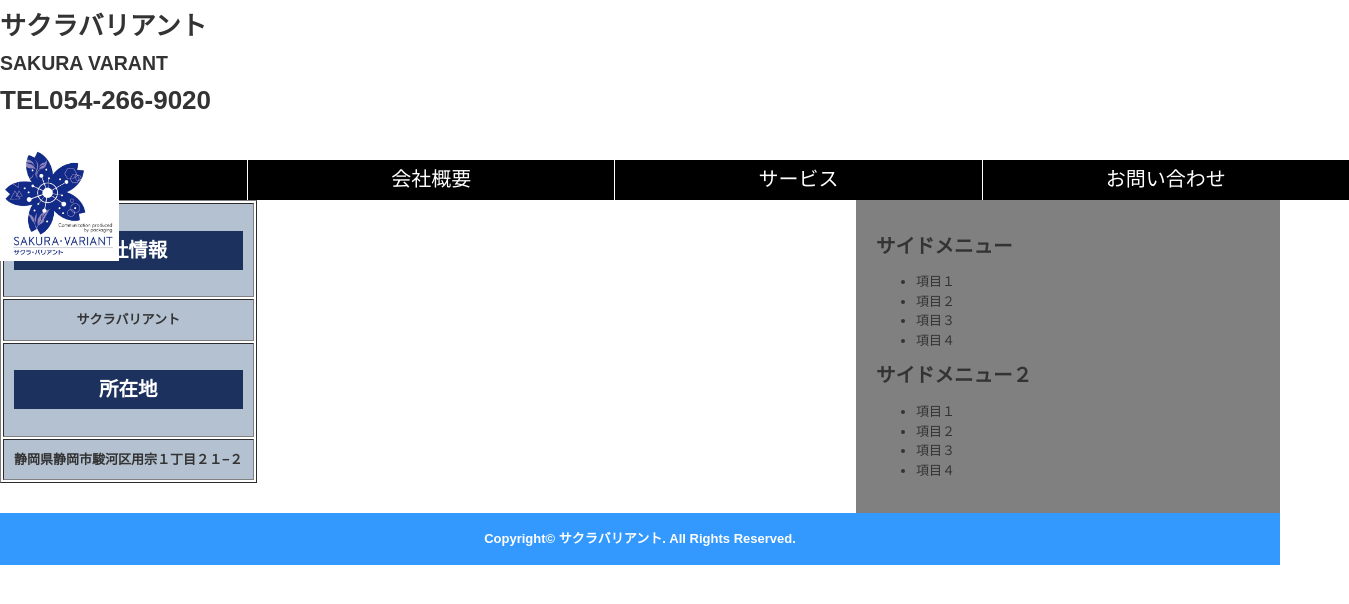
Repository: sakusyou69/homepage
Page: index.java3.html
The author's editor kept a record of every edit. The page is drawn from the files as they stood at one moment, then again after the next edit.
The browser window is 1280 px wide. The page is 1349 px wide, so the pictures cover 1349 px, including what lies to the right of the window. The pictures show the whole page.

Above is the page before.

### index.java3.html
<!DOCTYPE html>
<html lang="ja">
<head>
    <meta charset="UTF-8">
    <title> 会社案内｜サクラバリアント</title>
    <!-- CSSの読み込み　-->
    <link rel="stylesheet" href="stylesheet.css">
</head>
<body>
    <div>
    <h1>サクラバリアント</h1>
    <h2>SAKURA VARANT</h2>
    <h1>TEL054-266-9020</h1>
    </div>
    <div id="header">
        <h1> <a href="index.java.html"> <img id="corridor" src="images/sakura.jpg" alt="会社ロゴ"/></a></h1>
    </div>
    <div id="wrapper">
        <div id="nav">
            <ul>
                <li><a href="home.html">ホーム</a></a></li>
                <li><a href="#">会社概要</a></li>
                <li><a href="#">サービス</a></li>
                <li><a href="#">お問い合わせ</a></li>
            </ul>
        </div>
    </div>
    <div id="side">
        <div class="box">
            <h2>サイドメニュー</h2>
            <div class="boxBody">
                <ul>
                    <li>項目１</li>
                    <li>項目２</li>
                    <li>項目３</li>
                    <li>項目４</li>
                </ul>
            </div>
        </div>
        <div class="box">
            <h2>サイドメニュー２</h2>
            <div class="boxBody">
                <ul>
                    <li>項目１</li>
                    <li>項目２</li>
                    <li>項目３</li>
                    <li>項目４</li>
                </ul>
            </div>
        </div>
    </div>
    </div>

    <table border="1">
        <tr>
            <th><h2><font color="white">会社情報</font></h2></th>

        </tr>
        <tr>
         <th>サクラバリアント</th>


        </tr>
        <tr>
            <th><h2><font color="white">所在地</font></h2></th>
            </tr>
            <th>静岡県静岡市駿河区用宗１丁目２１−２</th>
            </tb>
        </tr>
    </table>



    <div id="footer">
        <p>Copyright© サクラバリアント. All Rights Reserved.</p>
    </div>
</body>
</html>

### stylesheet.css
@charset "utf-8";

body {
	margin: 0;
	padding: 0;
	font-family: "ヒラギノ角ゴ Pro W3", "Hiragino Kaku Gothic Pro", "メイリオ", Meiryo, Osaka, "ＭＳ Ｐゴシック", "MS PGothic", sans-serif;
	color: #333;
	font-size: 13px;
	line-height: 150%;
}

/* -------------------- wrapper -------------------- */
#wrapper {
	width: 100%;
	margin: auto;
	padding: 0px;
	border: 0px;
	background-color: #FFF;
}
div h1  {


}

div h2 {

    width:auto;
}
/*-----------------header-----------------*/
#header h1 {
    position:relative;
    display:inline-block;
}

#header h2 {
    position:relative;
    display:inline-block;
}

#corridor {
    width:15%;
    height:auto;
}


/*---------------footer--------------*/
#footer {
    clear: both;
    width:100%;
    padding: 3px 0 3px 0;
    background: #39F;
    color: #FFF;
    font-weight:bold;
    text-align: center;
}

/*------------------------nav-------------------*/
#nav {
    width:96%;
}
#nav ul {
    margin:-120px;
    padding:0;
    list-style-type: none;
}
#nav ul li {
    float:left;
    width:25%;
    text-align:center;
}
#nav ul li a {
    display:block;
    height:20px;
    margin:0;
    padding:10px;
    color: #FFF;
    font-size:20px;
    text-decoration:none;
    background-color:black;
    border-left: 1px solid white;
}
/*-----------------------side---------------------*/
#side {
    float:right;
    width:30%;
    padding:20px;
    background-color:gray;
}
#side.box {
    margin:0 auto 30px auto;
    padding:0 0 20px 0;
    background: url(images/side_box.png)bottom no-repeat;
}
#side.box h2 {
    margin:0;
    padding:8px;
    text-align:center;
    color:#fff;
    font-size:16px;
    line-height:16px;
    font-weight:normal;
    background:url(images/side_box_h2.png)center no-repeat;
}
#side.box.boxBody {
    padding:8px;
    border-right:solid 1px #C36;
    border-bottom:solid 1px #C36;
    border-left: solid 1px #C36;
    background:#fff;
}
#side.box.boxBody ul li {
    margin:0 0 16px 0;
    padding:0;
}
#side.box.boxBody ul li {
    padding:8px 0 8px 4px;
    list-style:none;
    border-bottom:solid 1px #C36;
}
th {
    padding:10px;
    background-color:#b4c1d1;
}
th h2 {
    background-color:#1c315d;
    padding:10px;
}

After the next edit:
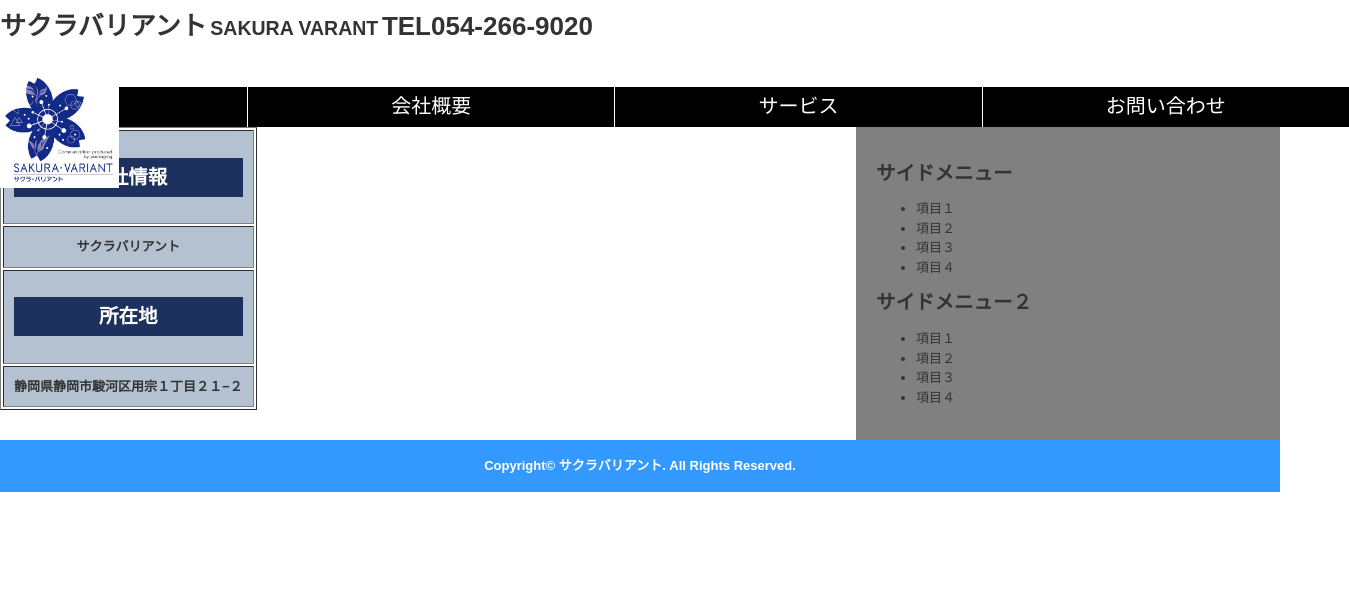
The edit:
--- a/index.java3.html
+++ b/index.java3.html
@@ -7,12 +7,10 @@
     <link rel="stylesheet" href="stylesheet.css">
 </head>
 <body>
-    <div>
+    <div id="header">
     <h1>サクラバリアント</h1>
     <h2>SAKURA VARANT</h2>
     <h1>TEL054-266-9020</h1>
-    </div>
-    <div id="header">
         <h1> <a href="index.java.html"> <img id="corridor" src="images/sakura.jpg" alt="会社ロゴ"/></a></h1>
     </div>
     <div id="wrapper">
